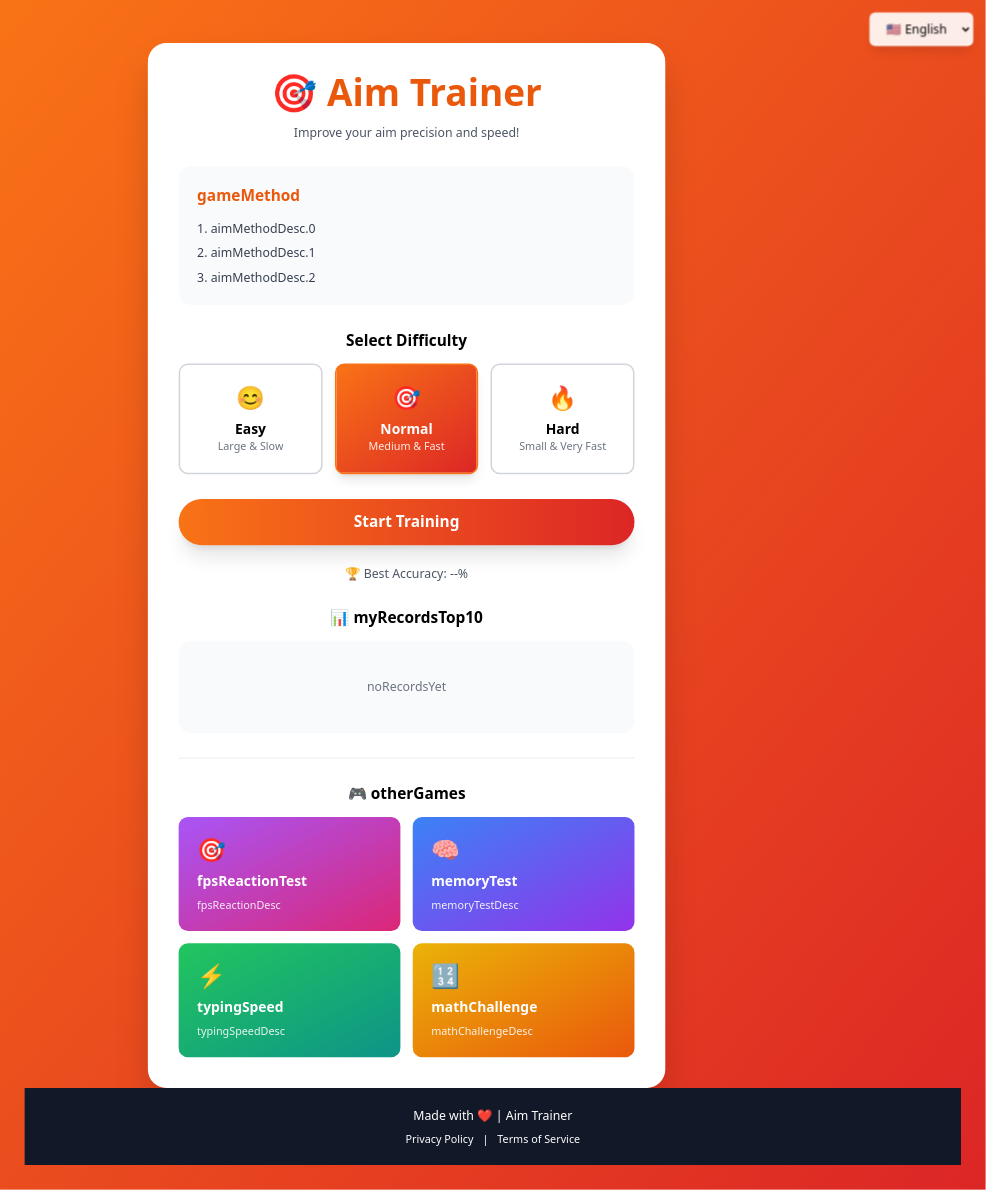
Repository: Lcmind/withjocoding
Page: aim-trainer.html
The author's editor kept a copy of each file at every save. The page is drawn from the files as they stood at one save, then again after the next save.
The browser window is 1280 px wide. The pictures show the whole page, at 77% of full size.
Some web libraries are served in a nearby version.

Above is the page before, as saved 2026-01-13 21:49:17.

After the next save:
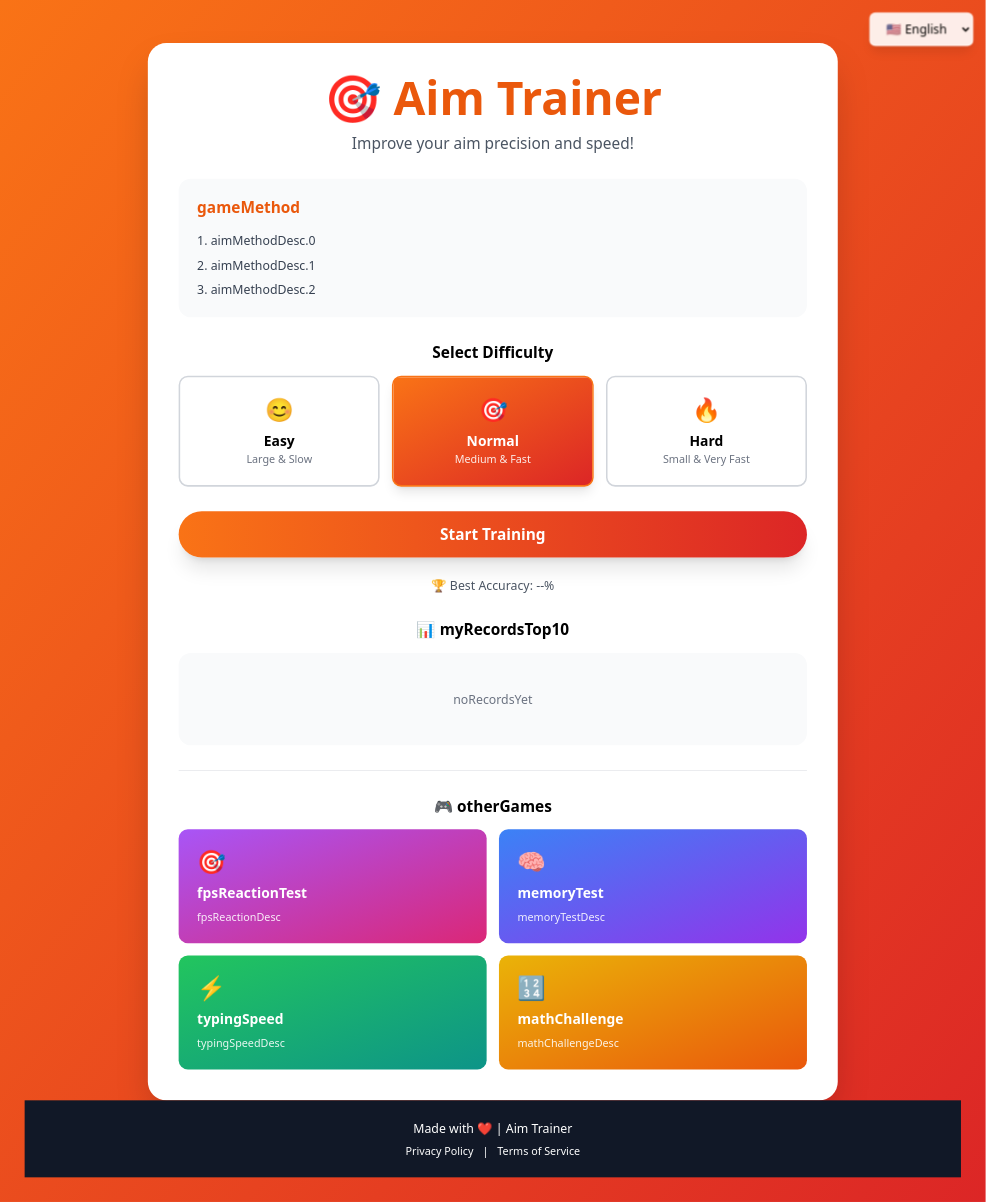
Saved 4 min 43 s later.
--- a/aim-trainer.html
+++ b/aim-trainer.html
@@ -62,20 +62,22 @@
   <!-- 시작 화면 -->
   <div id="start-screen" class="screen active min-h-screen flex flex-col items-center justify-center p-4 md:p-8">
     <div class="max-w-4xl w-full">
-    <!-- 상단 광고 -->
-    <div class="mb-6 flex justify-center">
-      <ins class="adsbygoogle block"
-           style="display:block; max-height:90px;"
-           data-ad-format="horizontal"
-           data-ad-client="ca-pub-1247545232353663"
-           data-full-width-responsive="true"></ins>
-    </div>
-
-    <div class="max-w-2xl w-full bg-white rounded-3xl shadow-2xl p-6 md:p-10">
-      <h1 class="text-4xl md:text-5xl font-bold text-center text-orange-600 mb-4">
-        🎯 <span data-i18n="title">Aim Trainer</span>
-      </h1>
-      <p class="text-center text-gray-600 mb-8" data-i18n="subtitle">Improve your aim precision and speed!</p>
+
+      <!-- 상단 광고 -->
+      <div class="mb-6 flex justify-center">
+        <ins class="adsbygoogle block"
+             style="display:block; max-height:90px;"
+             data-ad-format="horizontal"
+             data-ad-client="ca-pub-1247545232353663"
+             data-full-width-responsive="true"></ins>
+      </div>
+
+      <!-- 메인 카드 -->
+      <div class="bg-white rounded-3xl shadow-2xl p-6 md:p-10">
+        <h1 class="text-4xl md:text-6xl font-bold text-center text-orange-600 mb-4">
+          🎯 <span data-i18n="title">Aim Trainer</span>
+        </h1>
+        <p class="text-lg md:text-xl text-center text-gray-600 mb-8" data-i18n="subtitle">Improve your aim precision and speed!</p>
 
       <!-- 게임 방법 -->
       <div class="bg-gray-50 rounded-2xl p-6 mb-8">
